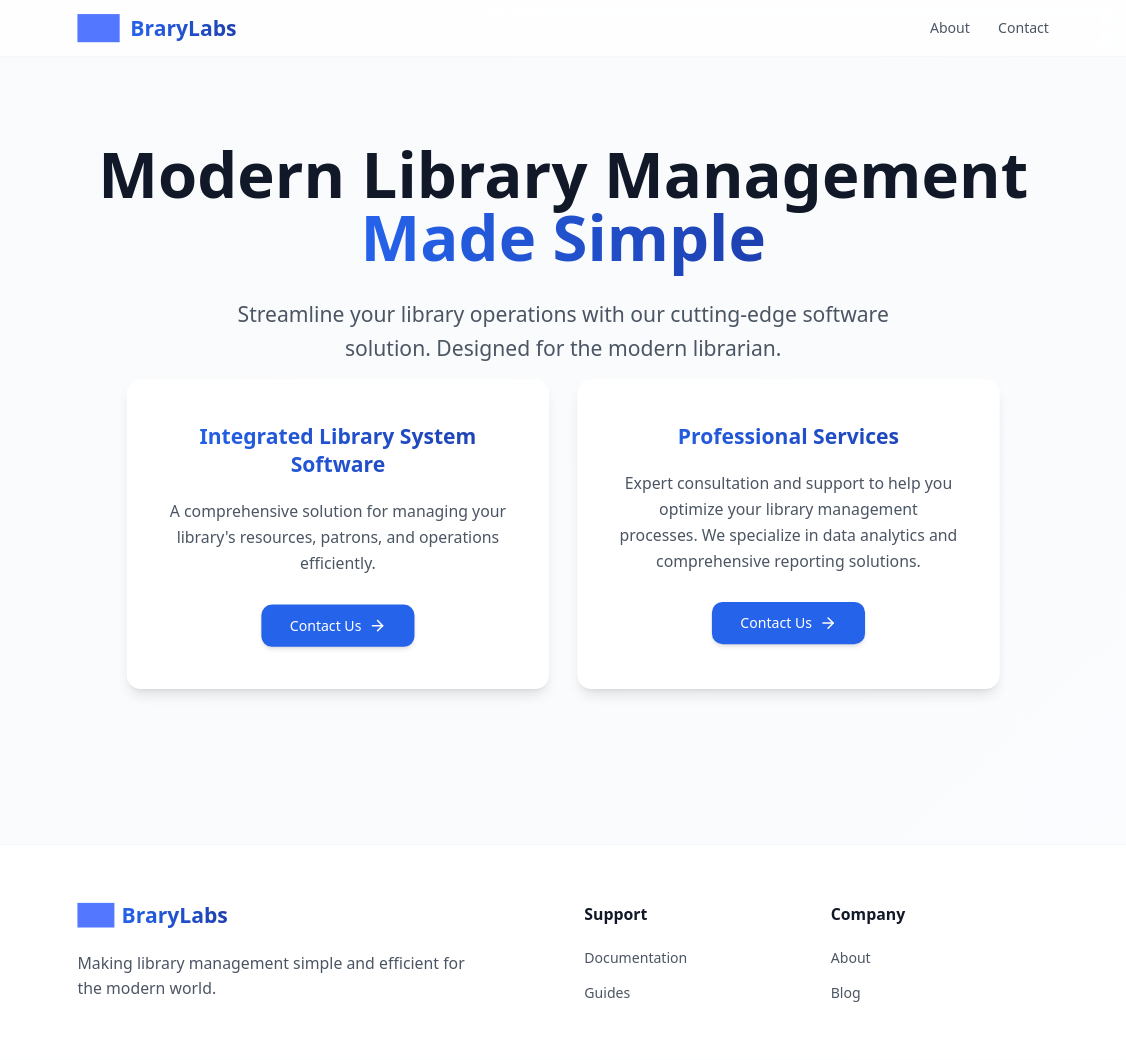
Repository: bgroble14/brarylabs-website
Page: /
These files come from the project's save history. The page is drawn as it stood at one moment and after the next save; the edit follows.
The browser window is 1280 px wide. The pictures show the whole page, at 88% of full size.
The project was rebuilt for these pictures with package versions that can differ from the ones it lists, and the page was loaded fresh each time. Also part of the build but not shown: vite.config.ts.

Above is the page before, as saved 2025-01-16 16:44:21.

After the next save:
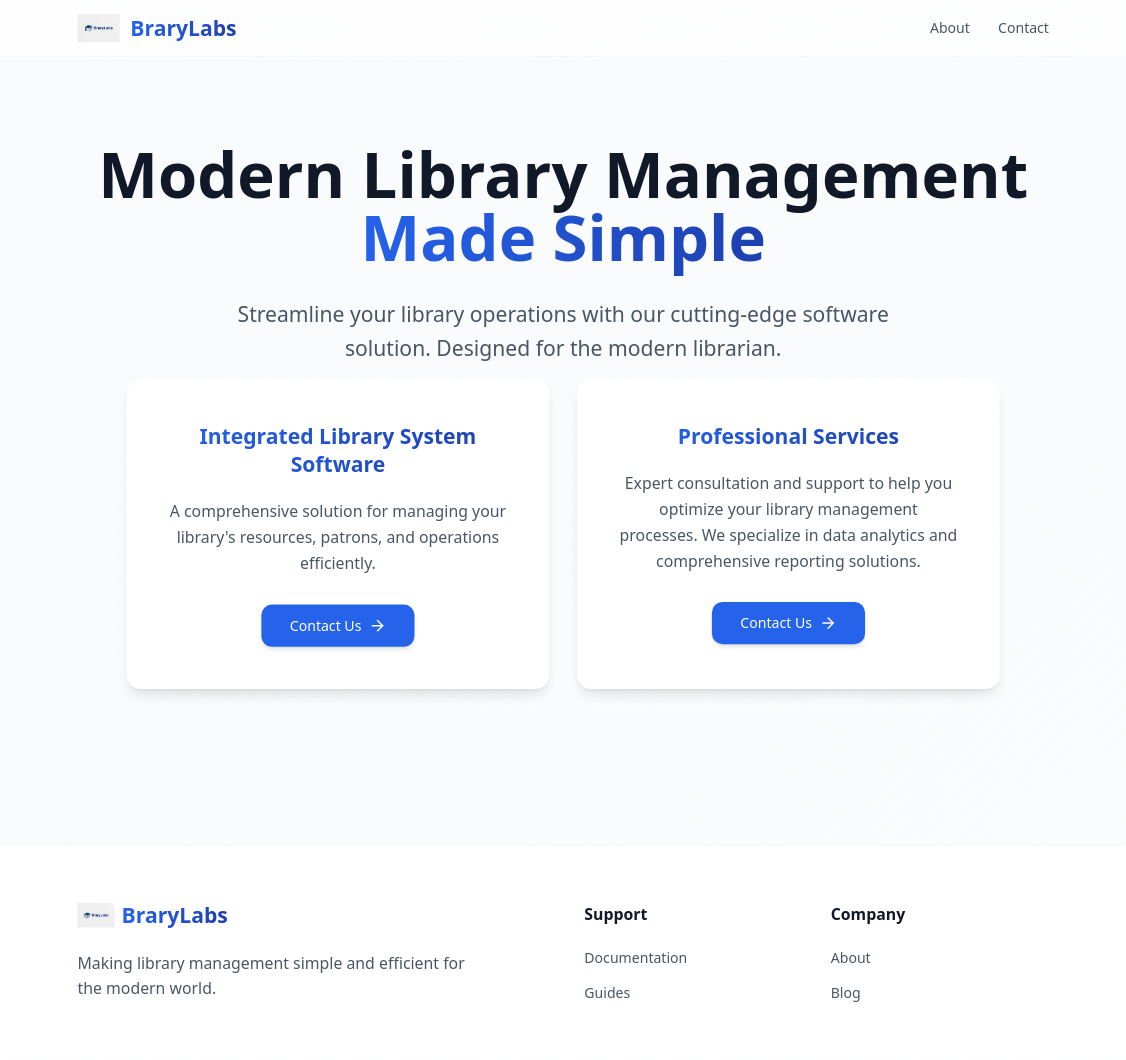
Saved 16 min 36 s later.
--- a/src/App.tsx
+++ b/src/App.tsx
@@ -37,7 +37,7 @@ function App() {
                 <img
                   src="/logo.png"
                   alt="BraryLabs Logo"
-                  className="h-8 w-auto transform group-hover:scale-110 transition-transform duration-300 [filter:brightness(0)_saturate(100%)_invert(37%)_sepia(98%)_saturate(1401%)_hue-rotate(213deg)_brightness(101%)_contrast(101%)]"
+                  className="h-8 w-auto transform group-hover:scale-110 transition-transform duration-300 mix-blend-multiply"
                 />
                 <span className="text-2xl font-bold ml-3 bg-clip-text text-transparent bg-gradient-to-r from-blue-600 to-blue-800">
                   BraryLabs
@@ -92,7 +92,7 @@ function App() {
                 <img
                   src="/logo.png"
                   alt="BraryLabs Logo"
-                  className="h-7 w-auto [filter:brightness(0)_saturate(100%)_invert(37%)_sepia(98%)_saturate(1401%)_hue-rotate(213deg)_brightness(101%)_contrast(101%)]"
+                  className="h-7 w-auto mix-blend-multiply"
                 />
                 <span className="font-bold text-2xl bg-clip-text text-transparent bg-gradient-to-r from-blue-600 to-blue-800">
                   BraryLabs
